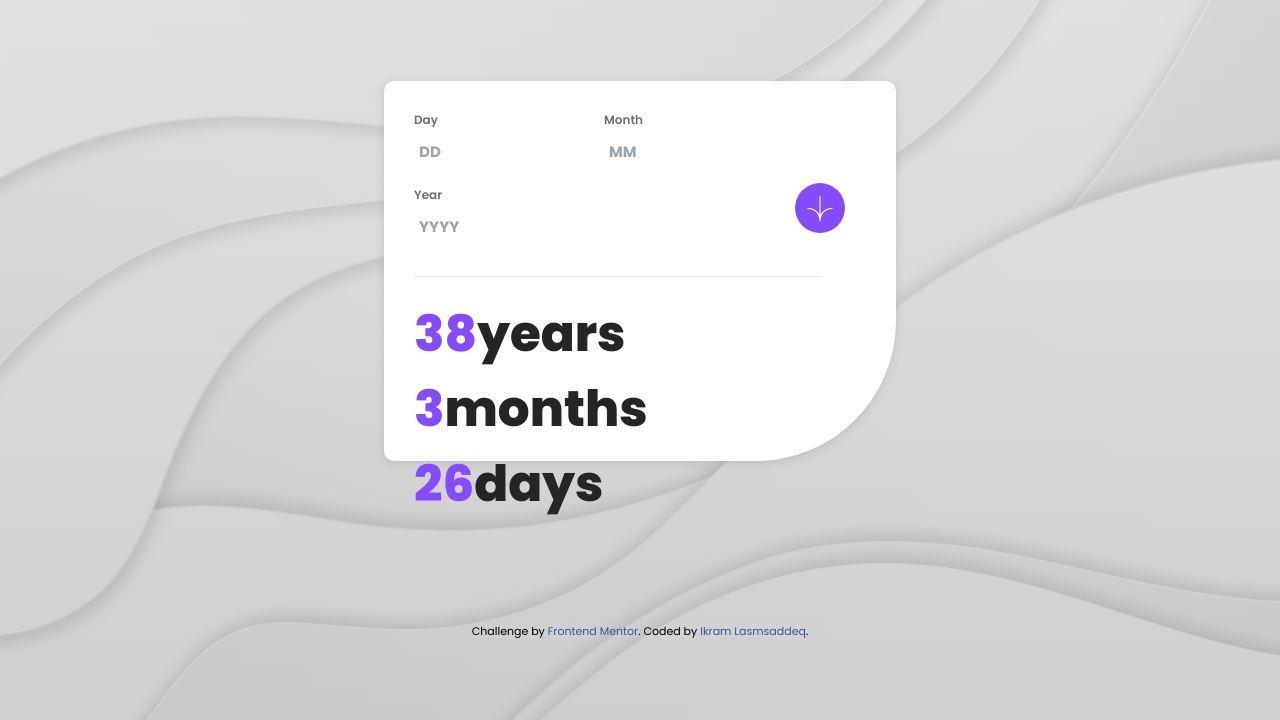
Repository: ikram-lisa/age-display
Page: /
The author's editor kept a copy of each file at every save. The page is drawn from the files as they stood at one save, then again after the next save.
The browser window is 1280 px wide. The pictures show the whole page.
Some web libraries are served in a nearby version. The project was rebuilt for these pictures with package versions that can differ from the ones it lists, and the page was loaded fresh each time.

Above is the page before, as saved 2024-05-01 00:49:11.

### index.html
<!DOCTYPE html>
<html lang="en">
  <head>
    <meta charset="UTF-8" />
    <meta name="viewport" content="width=device-width, initial-scale=1.0" />
    <!-- displays site properly based on user's device -->
    <link href="https://cdn.tailwindcss.com" rel="stylesheet" />
    <!-- <link rel="stylesheet" href="./css/style.scss" /> -->
    <link
      rel="icon"
      type="image/png"
      sizes="32x32"
      href="./assets/images/favicon-32x32.png"
    />

    <title>Frontend Mentor | Age calculator app</title>
    <style>
      .attribution {
        font-size: 11px;
        text-align: center;
      }
      .attribution a {
        color: hsl(228, 45%, 44%);
      }
    </style>
  </head>
  <script type="module" src="script/script.js"></script>
  <body>
    <section class="calculator">
      <form class="form" action="">
        <div class="formInput active error">
          <label for="day">Day</label>
          <input
            type="text"
            class="day"
            id="day"
            type="number"
            placeholder="DD"
            required
            minlength="4"
            maxlength="8"
            size="10"
          />
        </div>

        <div class="formInput active error">
          <label for="month">Month</label>
          <input
            type="text"
            class="month"
            id="month"
            type="number"
            placeholder="MM"
            required
            minlength="4"
            maxlength="8"
            size="10"
          />
        </div>

        <div class="formInput active error">
          <label for="year">Year</label>
          <input
            type="text"
            class="year"
            id="year"
            type="number"
            placeholder="YYYY"
            required
            minlength="4"
            maxlength="8"
            size="10"
          />
        </div>
      </form>
      <button class="submit">
        <img src="./assets/images/icon-arrow.svg" alt="submit" />
      </button>

      <hr class="separator" />
      <div class="result">
        <p class="years"><span>38</span>years</p>
        <p class="month"><span>3</span>months</p>
        <p class="days"><span>26</span>days</p>
      </div>
    </section>
    <footer>
      <div class="attribution">
        Challenge by
        <a href="https://www.frontendmentor.io?ref=challenge" target="_blank"
          >Frontend Mentor</a
        >. Coded by <a href="#">Ikram Lasmsaddeq</a>.
      </div>
    </footer>
  </body>
</html>

### script/script.js
import "../css/style.scss";
console.log("Hello, World!");

### css/style.scss
@use "./base/variable" as *;
@use "./base/font.scss" as *;

@tailwind base;
@tailwind components;
@tailwind utilities;

* {
  margin: 0;
  padding: 0;
  box-sizing: border-box;
}
body {
  height: 100vh;
  background: linear-gradient(
      rgba(196, 196, 196, 0.5),
      rgba(161, 161, 161, 0.5)
    ),
    url("../images/background.jpg");
  background-size: cover;
  background-position: center;
  background-repeat: no-repeat;
  font-size: 32px;
  font-family: "Poppins", sans-serif;
  display: grid;
  place-items: center;
}
.calculator {
  width: 40%;
  min-width: 480px;
  height: 380px;
  background-color: white;
  border-radius: 10px 10px 140px 10px;
  box-shadow: rgba(99, 99, 99, 0.2) 0px 2px 8px 0px;
  position: relative;
  display: flex;
  flex-direction: column;
  padding: 30px;
  .form {
    display: flex;
    flex-wrap: wrap;
    margin-bottom: 30px;
    gap: 16px;
    .formInput {
      display: flex;
      flex-direction: column;

      label {
        font-size: 12px;
        font-weight: 600;
        margin-bottom: 5px;
        color: $smokeyGrey;
      }
      input[type="text"] {
        border: 1 solid rgb(217, 217, 217);
        padding: 7px 5px;
        outline: none;
        font-weight: bold;
        font-size: 15px;
      }
    }
  }
  .submit {
    width: 50px;
    height: 50px;
    border-radius: 50%;
    display: flex;
    justify-content: center;
    align-items: center;
    background-color: $purple;
    color: white;
    border: none;
    padding: 10px;
    position: absolute;
    top: 27%;
    right: 10%;
    cursor: pointer;
    transition: all 0.3s;

    &:hover {
      background-color: darken($purple, 10%);
    }
    img {
      width: 25px;
      height: 25px;
      display: block;
      min-width: 30px;
    }
  }

  .separator {
    width: 90%;
    height: 1px;
    background-color: rgb(209, 209, 209);
  }
  .result {
    margin-top: 20px;
    .years,
    .month,
    .days {
      font-size: 50px;
      color: #252525;
      font-weight: 800;
      span {
        color: $purple;
      }
    }
  }
}

@media (max-width: 375px) {
}
@media (max-width: 768px) {
}
@media (max-width: 1440px) {
}

### css/base/_variable.scss
// Primary

$purple: hsl(259, 100%, 65%);
$lightRed: hsl(0, 100%, 67%);

// Neutral

$white: hsl(0, 0%, 100%);
$offWhite: hsl(0, 0%, 94%);
$lightGrey: hsl(0, 0%, 86%);
$smokeyGrey: hsl(0, 1%, 44%);
$offBlack: hsl(0, 0%, 8%);

### css/base/_font.scss
@import url("https://fonts.googleapis.com/css2?family=Montserrat:ital,wght@0,100..900;1,100..900&family=Open+Sans:ital,wght@0,400;0,600;0,700;0,800;1,400;1,700;1,800&family=Poppins:ital,wght@0,200;0,300;0,400;0,500;0,600;0,700;0,800;0,900;1,100;1,200;1,300;1,400;1,500;1,600;1,700;1,800;1,900&display=swap");

Loaded but not shown: tailwind.config.js (1075 lines, source omitted)

After the next save:
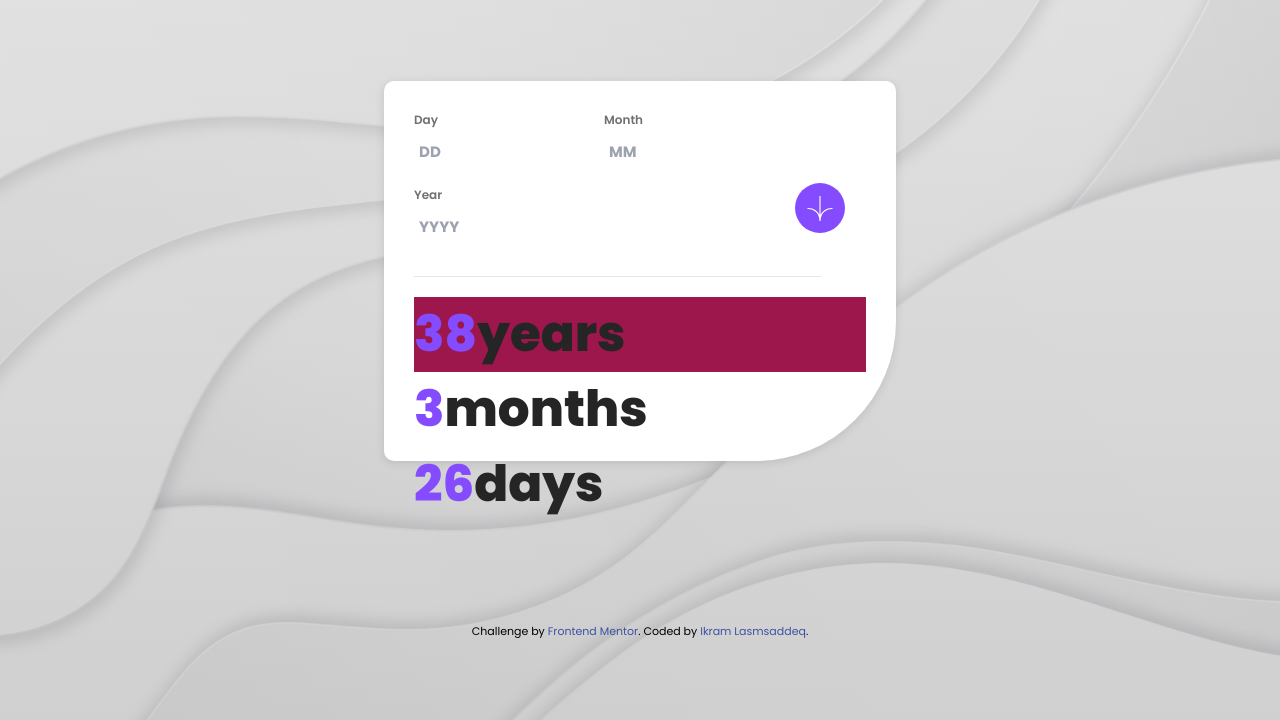
Saved 26 s later.
--- a/index.html
+++ b/index.html
@@ -79,7 +79,7 @@
 
       <hr class="separator" />
       <div class="result">
-        <p class="years"><span>38</span>years</p>
+        <p class="years bg-pink-800"><span>38</span>years</p>
         <p class="month"><span>3</span>months</p>
         <p class="days"><span>26</span>days</p>
       </div>

After the save that followed:
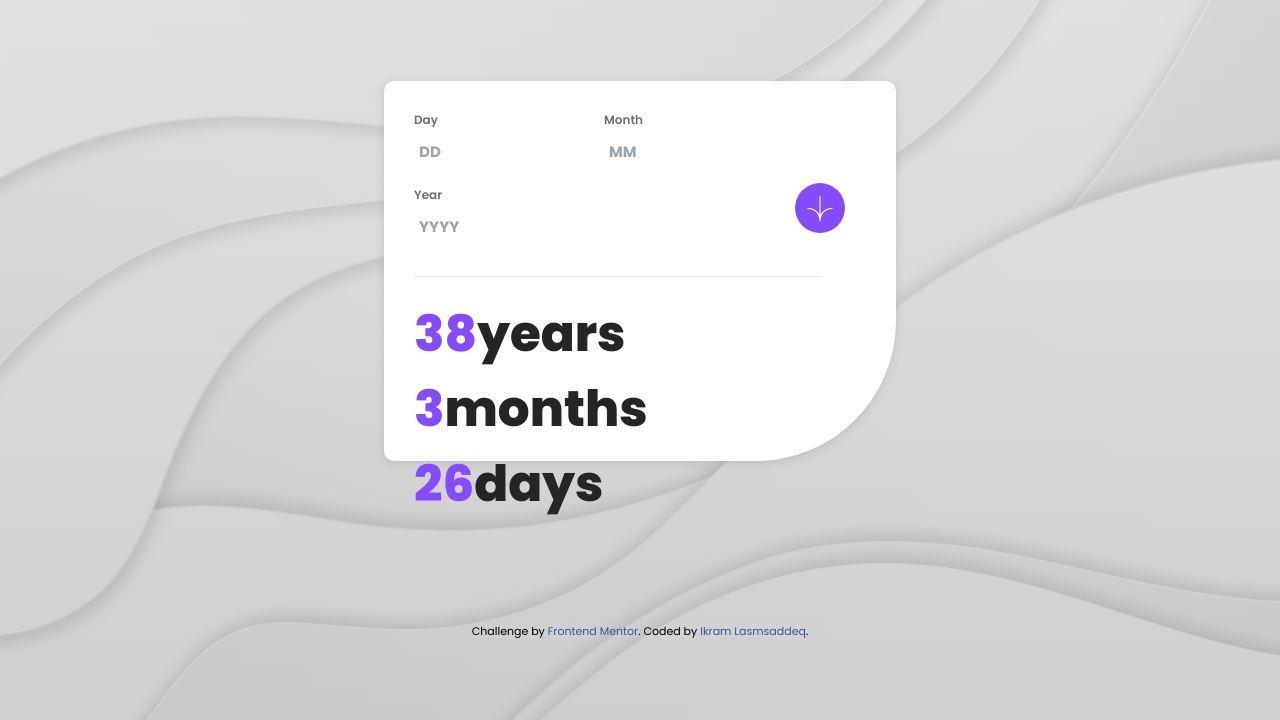
Saved 9 s later.
--- a/index.html
+++ b/index.html
@@ -79,7 +79,7 @@
 
       <hr class="separator" />
       <div class="result">
-        <p class="years bg-pink-800"><span>38</span>years</p>
+        <p class="years"><span>38</span>years</p>
         <p class="month"><span>3</span>months</p>
         <p class="days"><span>26</span>days</p>
       </div>
